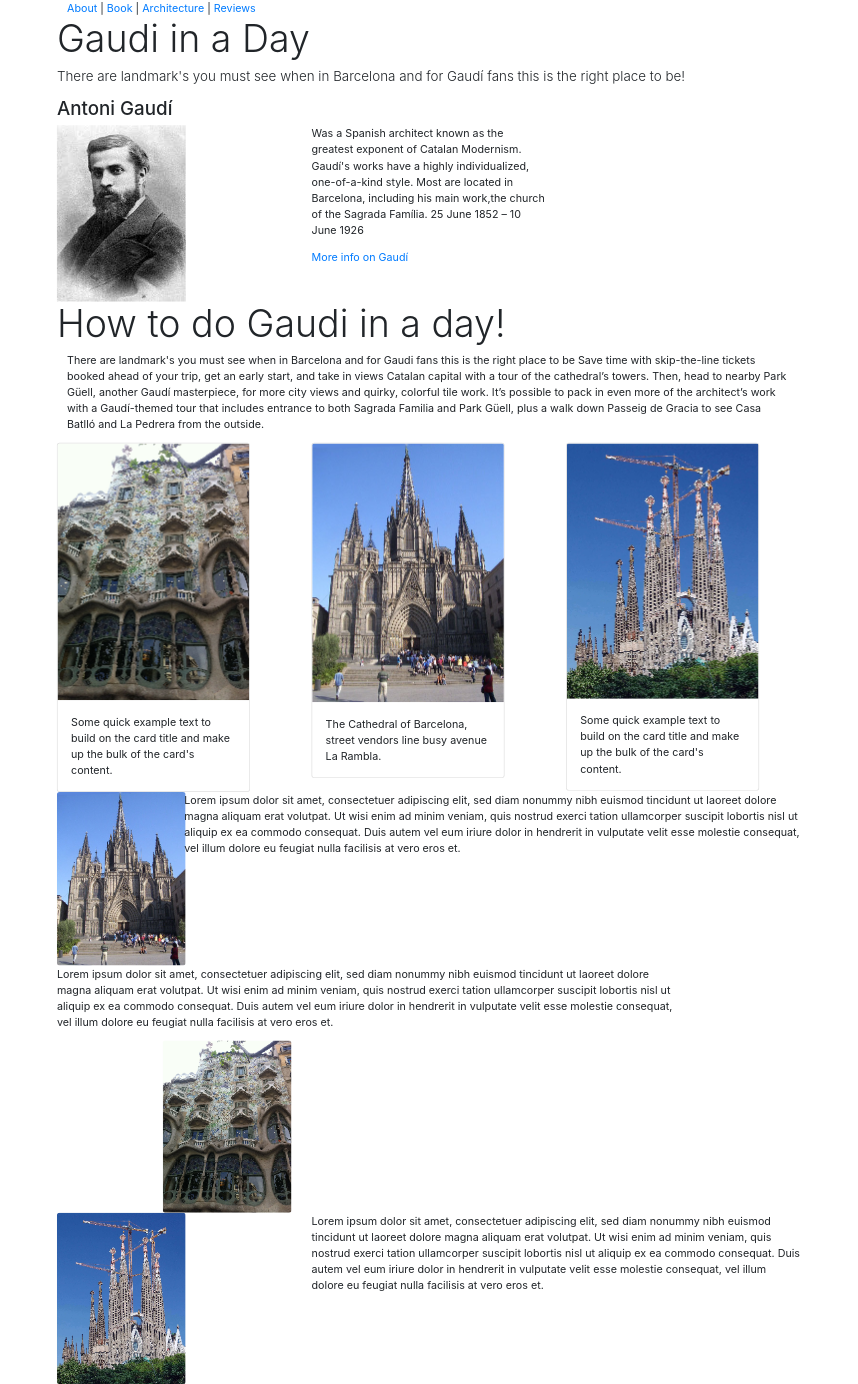
Repository: Taitdanielle/Milestone1
Page: index.html
The author's editor kept a record of every edit. The page is drawn from the files as they stood at one moment, then again after the next edit.
The browser window is 1280 px wide. The pictures show the whole page, at 67% of full size.

Above is the page before.

After the next edit:
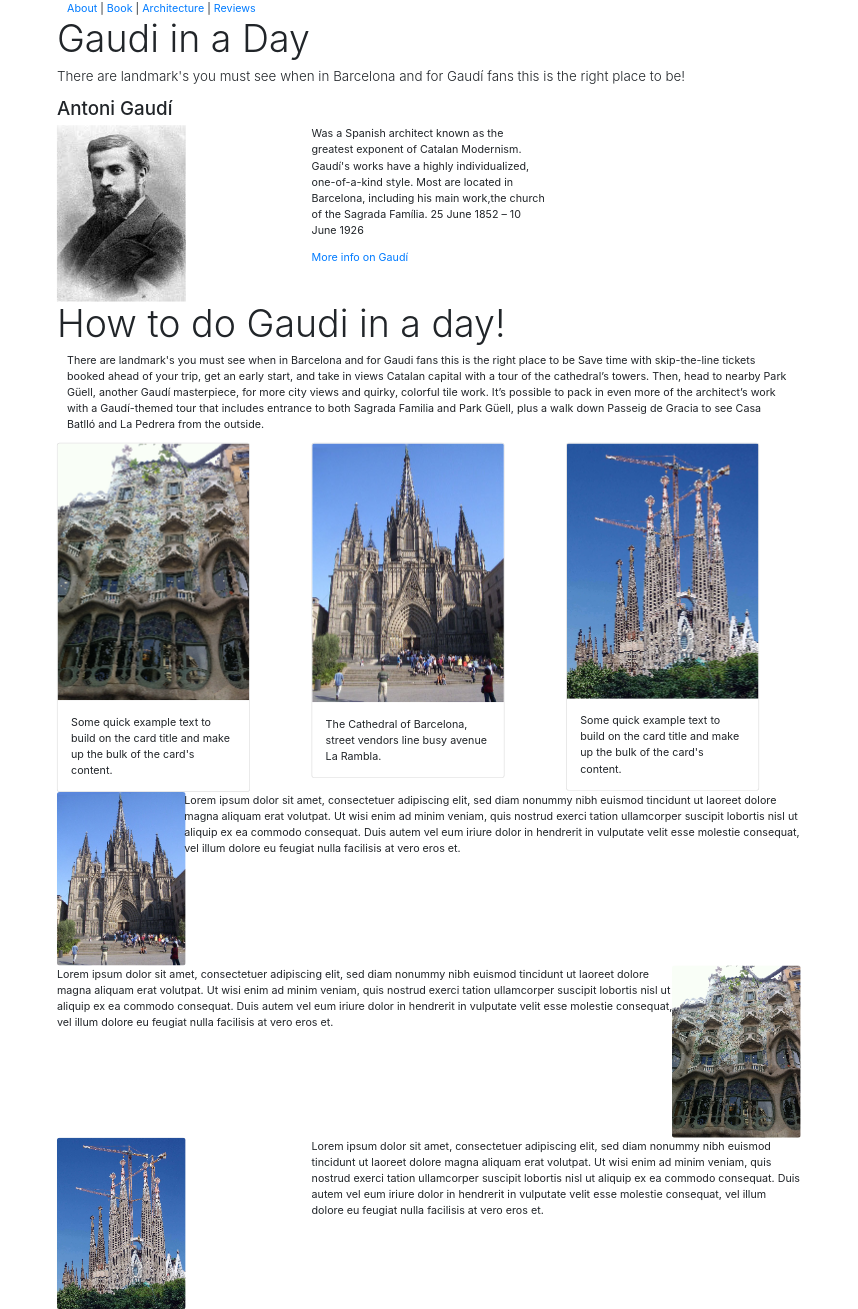
The edit:
--- a/index.html
+++ b/index.html
@@ -101,7 +101,7 @@
                 <p class="par-padding-left"> Lorem ipsum dolor sit amet, consectetuer adipiscing elit, sed diam nonummy nibh euismod tincidunt ut laoreet dolore magna aliquam erat volutpat. Ut wisi enim ad minim veniam, quis nostrud exerci tation ullamcorper suscipit lobortis nisl
                     ut aliquip ex ea commodo consequat. Duis autem vel eum iriure dolor in hendrerit in vulputate velit esse molestie consequat, vel illum dolore eu feugiat nulla facilisis at vero eros et.</p>
             </div>
-            <div class="col-md-4">
+            <div class="col-md-2">
                 <img src="images/gaudi2.jpg" class="rounded float-right" alt="Building">
             </div>
         </div>
